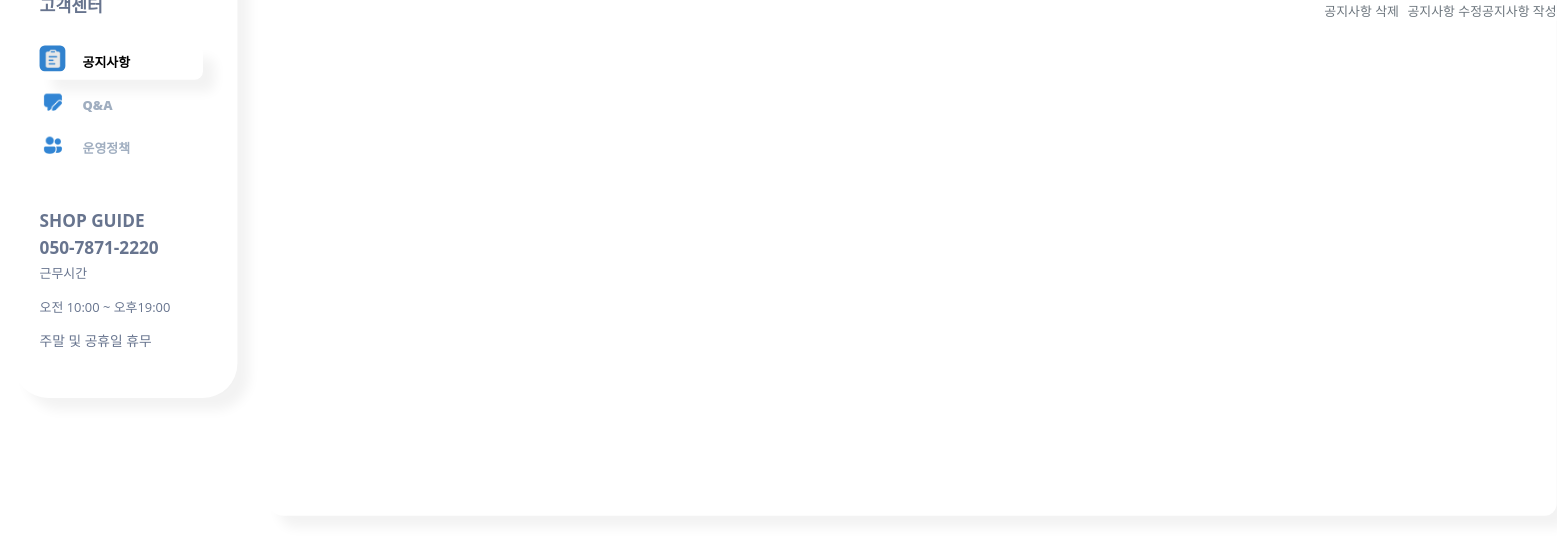
Repository: juukim93/-4-
Page: http://localhost/Project4/board/AnnouncementContent.jsp
The author's editor kept a copy of each file at every save. The page is drawn from the files as they stood at one save, then again after the next save.
The browser window is 1280 px wide. The page is 1810 px wide, so the pictures cover 1810 px, including what lies to the right of the window. The pictures show the part of the page from y = 430 to 1080 px (the page is 1080 px tall), at 86% of full size.
The page is served by Tomcat 9. The template is opened directly, without the code that normally fills it, so the values that code supplies are empty.

Above is the page before, as saved 2023-11-02 01:00:59.

After the next save:
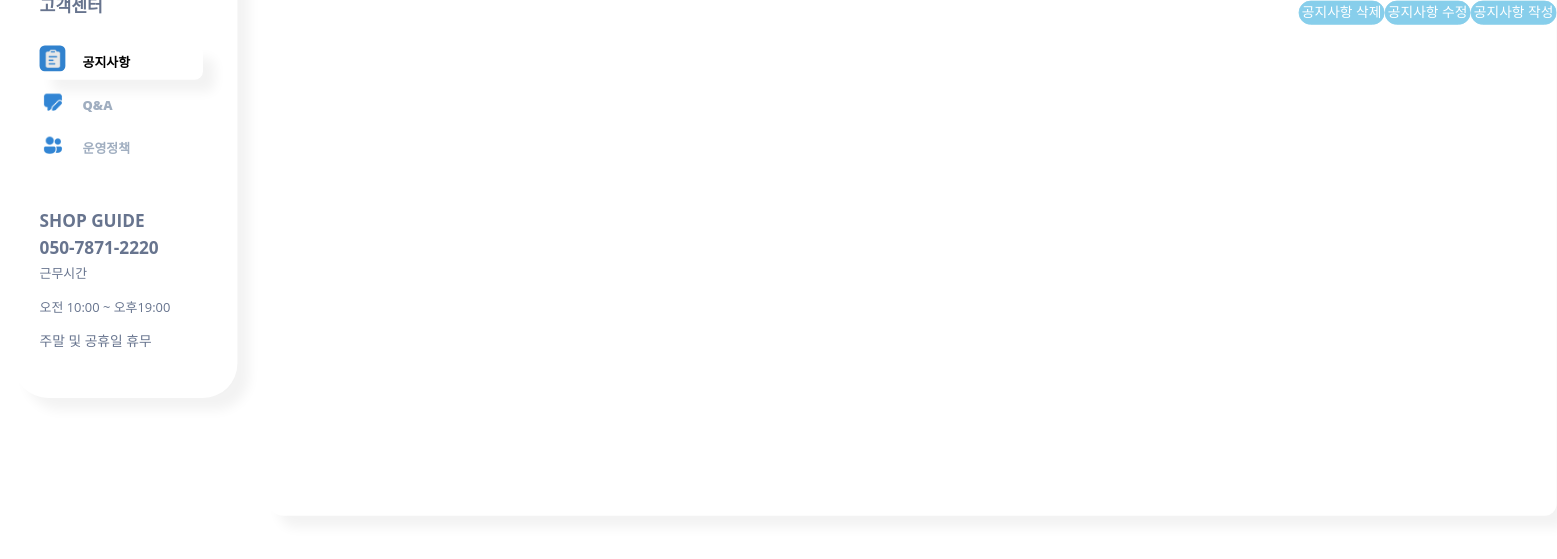
Saved 84 s later.
--- a/Project4/src/main/webapp/board/AnnouncementContent.jsp
+++ b/Project4/src/main/webapp/board/AnnouncementContent.jsp
@@ -220,7 +220,7 @@
 										</tr>
 									</table>
 								</form>
-                           <input type="button" value="공지사항 작성" class="admin-write" onclick="location.href='AnnouncementWrite.bo'"> <input type="button" value="공지사항 수정" class="admin-rewrite"> <input type="button" value="공지사항 삭제" class="admin-delete">
+                           <input type="button" value="공지사항 작성" id="center-app"onclick="location.href='AnnouncementWrite.bo'"> <input type="button" value="공지사항 수정" id="center-app"> <input type="button" value="공지사항 삭제" id="center-app">
 							</div>
 
 						</div>
